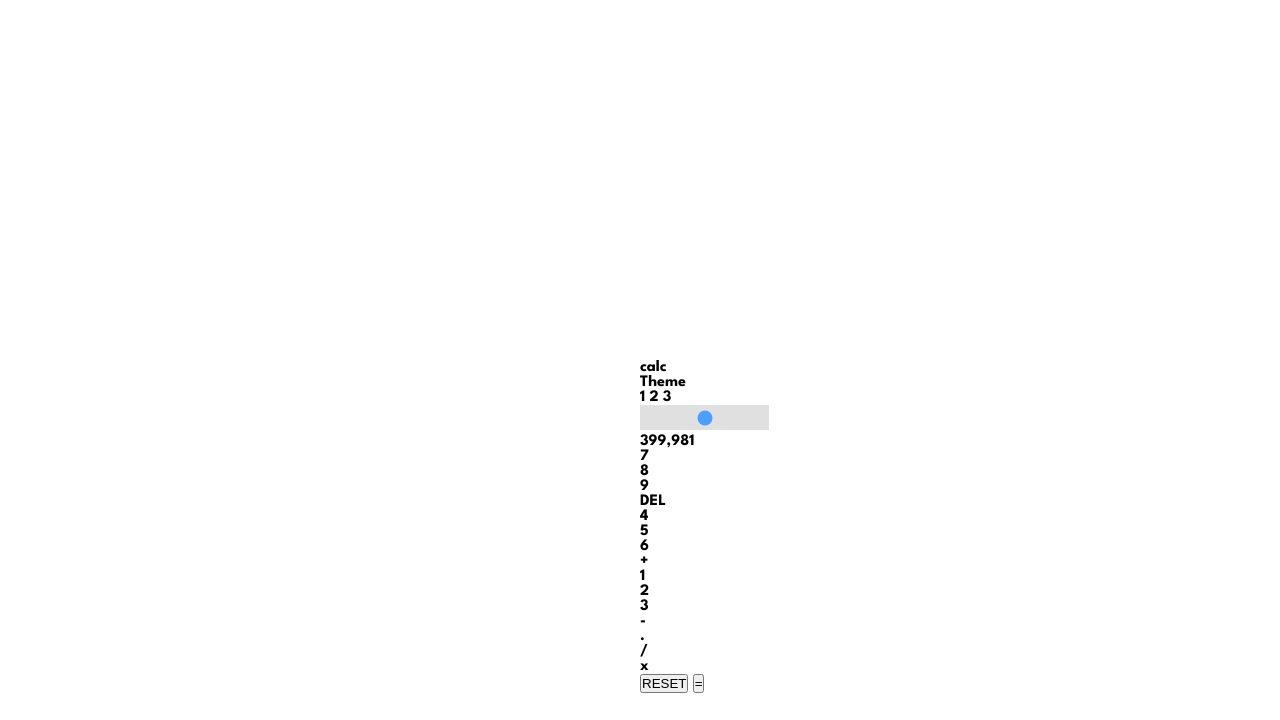
Repository: DevLaukey/calc-with-css-js
Page: index.html
These files come from the project's save history. The page is drawn as it stood at one moment and after the next save; the edit follows.
The browser window is 1280 px wide. The pictures show the whole page.

Above is the page before, as saved 2022-05-18 12:19:27.

### index.html
<!DOCTYPE html>
<html lang="en">
  <head>
    <meta charset="UTF-8" />
    <meta http-equiv="X-UA-Compatible" content="IE=edge" />
    <meta name="viewport" content="width=device-width, initial-scale=1.0" />
    <title>Calculator</title>
    <link rel="stylesheet" href="./styles.css" />
    <link rel="preconnect" href="https://fonts.googleapis.com" />
    <link rel="preconnect" href="https://fonts.gstatic.com" crossorigin />
    <link
      href="https://fonts.googleapis.com/css2?family=League+Spartan:wght@700&display=swap"
      rel="stylesheet"
    />
  </head>
  <body>
    <div class="body">
      <header class="calculator__header">
        <div class="calculator__name">
          <p>calc</p>
        </div>
        <div class="calculator__slider">
          <p class="calculator__smallText">Theme</p>
          <div class="calculator__block">
            <p>1 2 3</p>
            <input class="slider" type="range" min="1" max="3" name="" id="" />
          </div>
        </div>
      </header>
      <div class="calculator__display">
        <p class="calculator__solution">399,981</p>
      </div>
      <div class="calculator__input">
        <div class="calculator__row">
          <p class="calculator__button seven">7</p>
          <p class="calculator__button eight">8</p>
          <p class="calculator__button nine">9</p>
          <p class="calculator__button del">DEL</p>
          <p class="calculator__button four">4</p>
          <p class="calculator__button five">5</p>
          <p class="calculator__button six">6</p>
          <p class="calculator__button plus">+</p>
          <p class="calculator__button one">1</p>
          <p class="calculator__button two">2</p>
          <p class="calculator__button three">3</p>
          <p class="calculator__button minus">-</p>
          <p class="calculator__button dot">.</p>
          <p class="calculator__button slash">/</p>
          <p class="calculator__button multiply">x</p>
          <div class="calculator__control">
            <button class="control reset">RESET</button>
            <button class="control equals">=</button>
          </div>
        </div>
      </div>
    </div>
  </body>
</html>

### styles.css
*{
    margin:0;
    padding:0;
    box-sizing: border-box;
}
.body{
    font-family: 'League Spartan', sans-serif;
 position: fixed; /* or absolute */
  top: 50%;
  left: 50%;
}




.slider {
  -webkit-appearance: none;
   /* width: 100%; */
  height: 25px;
  background: #d3d3d3;
  /* outline: none; */
  opacity: 0.7;
  -webkit-transition: .2s;
  transition: opacity .2s;
}

.slider:hover {
  opacity: 1;
}
.slider::-webkit-slider-thumb {
  /* -webkit-appearance: none; */
  /* appearance: none; */
  width: 25px;
  height: 25px;
  background: #04AA6D;
  cursor: pointer;
}

.slider::-moz-range-thumb {
  width: 25px;
  height: 25px;
  background: #04AA6D;
  cursor: pointer;
}

After the next save:
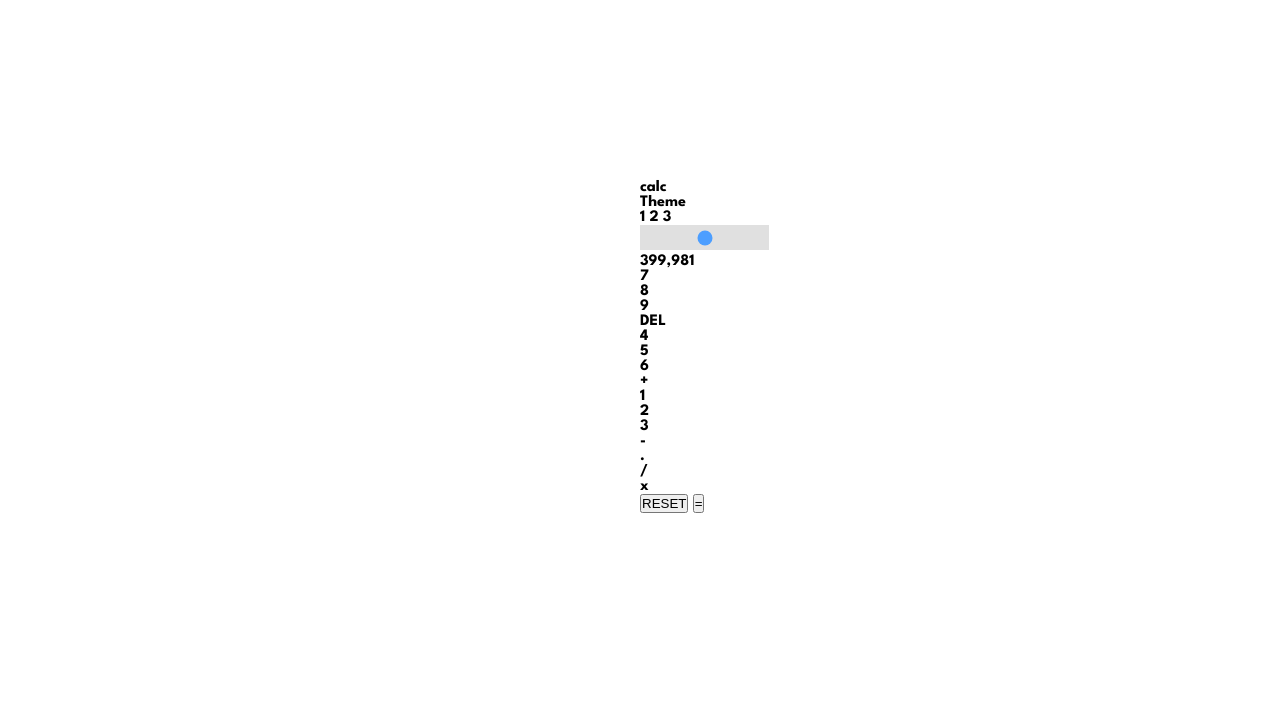
Saved 11 s later.
--- a/styles.css
+++ b/styles.css
@@ -6,7 +6,7 @@
 .body{
     font-family: 'League Spartan', sans-serif;
  position: fixed; /* or absolute */
-  top: 50%;
+  top:25%;
   left: 50%;
 }
 
